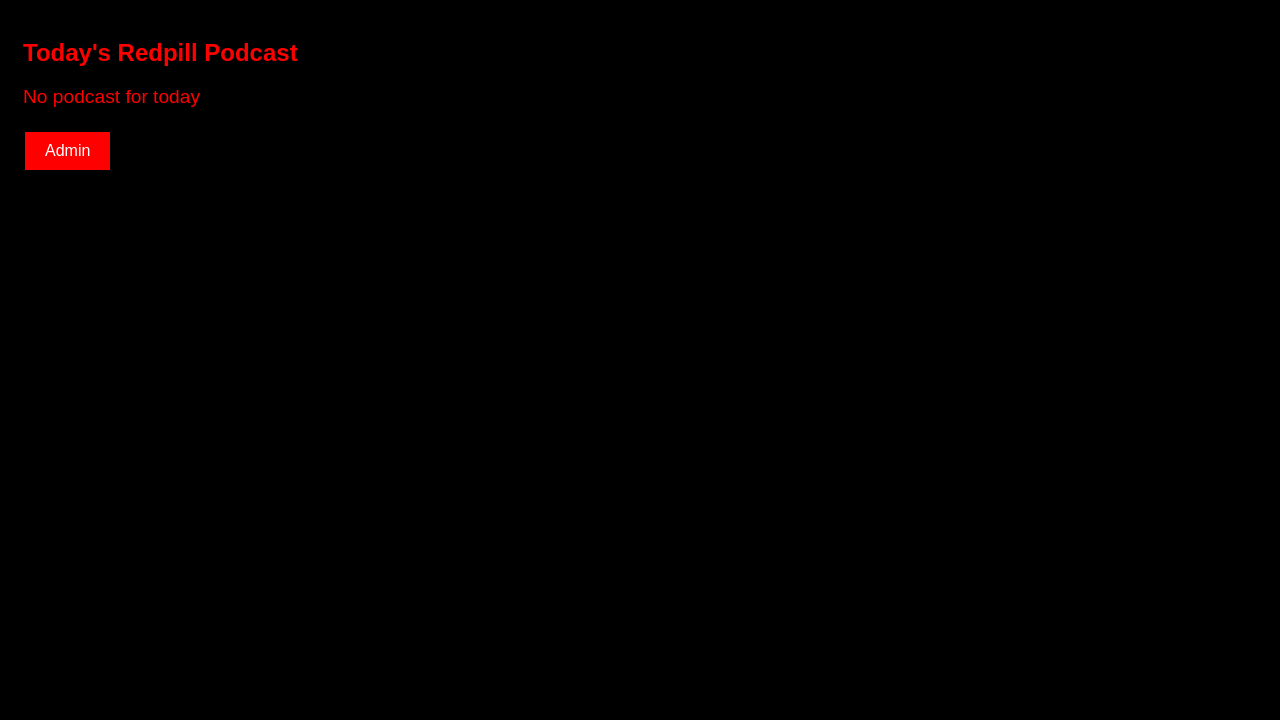
Repository: fechinmitchell/thedailyonepercent
Page: popup.html
An editor plug-in stored every save of this project. The page is shown before and after the next save, followed by the edit.
The browser window is 1280 px wide. The pictures show the whole page.

Above is the page before, as saved 2023-06-14 21:13:22.
Console error: TypeError: Cannot read properties of null (reading 'addEventListener')

### popup.html
<!DOCTYPE html>
<html>
<head>
  <link rel="stylesheet" type="text/css" href="popup.css">
</head>
<body>
  <h1>Today's Redpill Podcast</h1>
  <p id="podcast"></p>
  <button id="admin-button">Admin</button>
  <script src="popup.js"></script>
</body>
</html>

### popup.css
body {
    background-color: #000;
    color: #f00;
    font-family: Arial, sans-serif;
    padding: 15px;
  }

  h1 {
    font-size: 1.5em;
    margin-bottom: 10px;
  }

  #podcast {
    font-size: 1.2em;
    margin-bottom: 20px;
  }

  button {
    background-color: #f00;
    border: none;
    color: #fff;
    padding: 10px 20px;
    text-align: center;
    text-decoration: none;
    display: inline-block;
    font-size: 16px;
    margin: 4px 2px;
    cursor: pointer;
  }

### popup.js
document.addEventListener('DOMContentLoaded', function() {
    var date = new Date();
    var dayOfMonth = date.getDate();
    var podcast = localStorage.getItem(dayOfMonth);

    document.getElementById('podcast').innerText = podcast || 'No podcast for today';

    var clickCount = 0;
    document.getElementById('logo').addEventListener('click', function() {
      clickCount++;
      if (clickCount == 2) {
        var password = prompt('Enter password');
        if (password == 'your_password_here') {
          var newPodcast = prompt('Enter the podcast for ' + dayOfMonth);
          localStorage.setItem(dayOfMonth, newPodcast);
        }
        clickCount = 0;
      }
    });

    document.getElementById('admin-button').addEventListener('click', function() {
      var password = prompt('Enter password');
      if (password == 'your_password_here') {
        var newPodcast = prompt('Enter the podcast for ' + dayOfMonth);
        localStorage.setItem(dayOfMonth, newPodcast);
      }
    });
  });

After the next save:
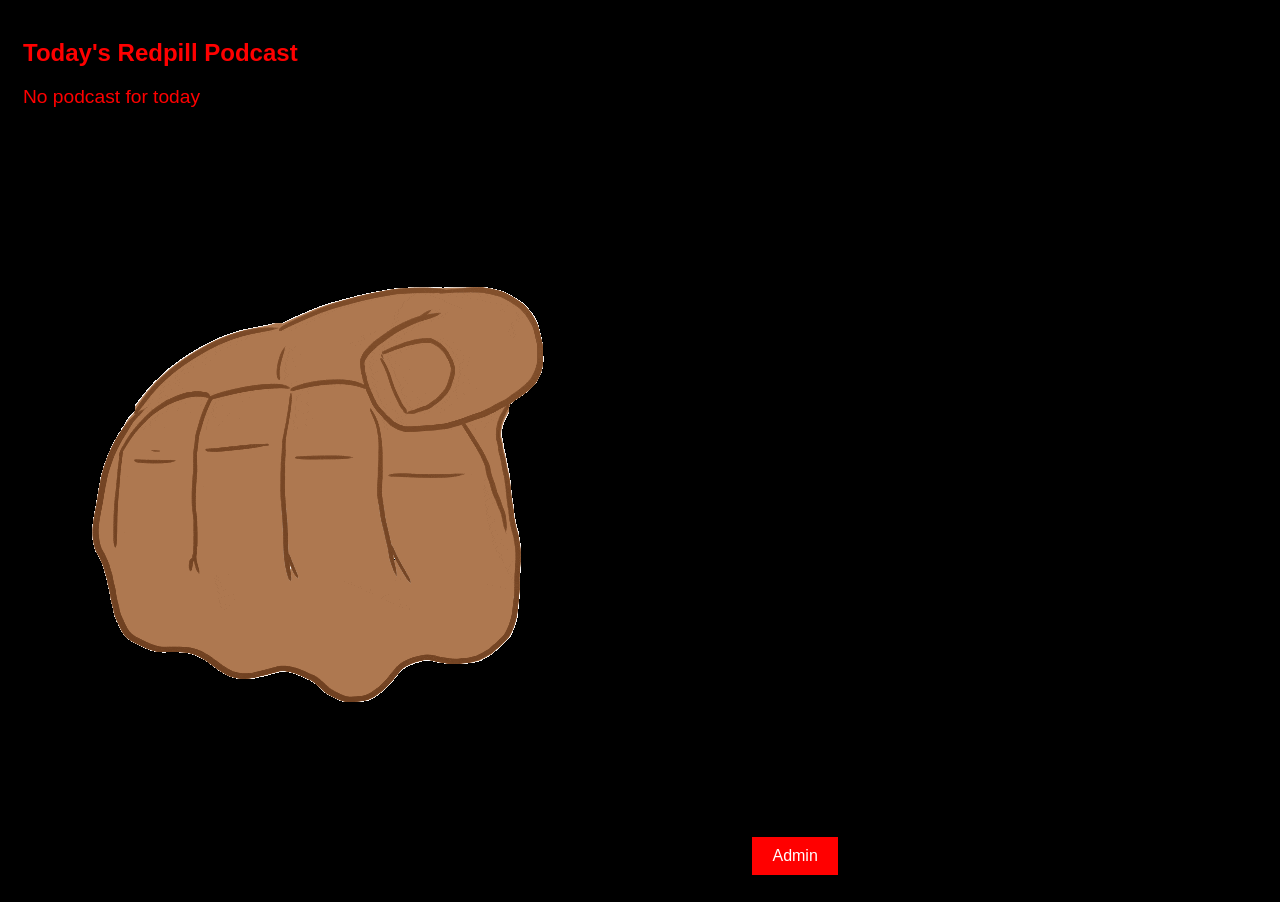
The error is gone.
Saved 9 s later.
--- a/popup.html
+++ b/popup.html
@@ -6,6 +6,7 @@
 <body>
   <h1>Today's Redpill Podcast</h1>
   <p id="podcast"></p>
+  <img id="logo" src="icon.gif" alt="Redpill Logo">
   <button id="admin-button">Admin</button>
   <script src="popup.js"></script>
 </body>
